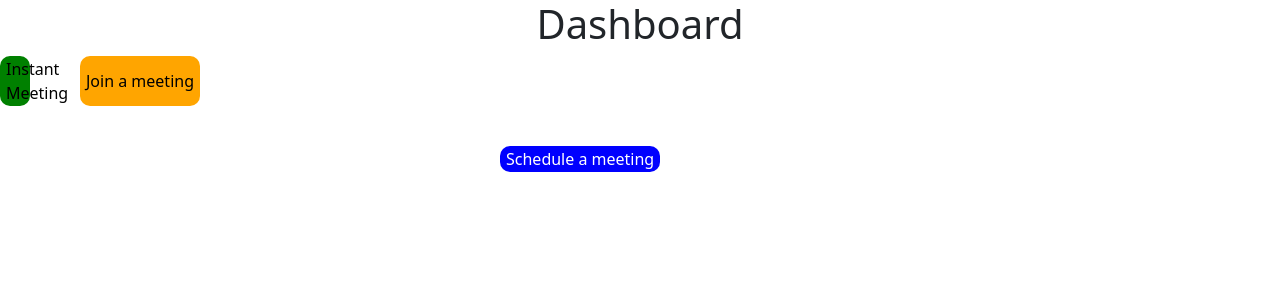
Repository: sreech465/myexam
Page: /
The author's editor kept a copy of each file at every save. The page is drawn from the files as they stood at one save, then again after the next save.
The browser window is 1280 px wide. The pictures show the whole page.
The project was rebuilt for these pictures with package versions that can differ from the ones it lists, and the page was loaded fresh each time. Also part of the build but not shown: src/Jmeet.js, src/Smeet.js, src/Joinmeet.js.

Above is the page before, as saved 2023-01-14 17:29:26.

### src/App.js
import logo from "./logo.svg";
import "./App.css";
import Details from "./Details";
import { BrowserRouter } from "react-router-dom";
import { Routes, Route } from "react-router-dom";
import Jmeet from "./Jmeet";
import Smeet from "./Smeet";
import "bootstrap/dist/css/bootstrap.min.css";
import Joinmeet from "./Joinmeet";

function App() {
  return (
    <>
      <div className="App">
        <BrowserRouter>
          <Routes>
            <Route path="/" element={<Details />} />
            <Route path="/jmeet" element={<Jmeet />} />
            <Route path="/smeet" element={<Smeet />} />
            <Route path="/join" element={<Joinmeet />} />
          </Routes>
        </BrowserRouter>
      </div>
    </>
  );
}

export default App;

### src/Details.js
import React from "react";

import { useNavigate } from "react-router-dom";

const Details = () => {
  const navigate = useNavigate();

  const handleJoin = () => {
    navigate("/jmeet");
  };

  const handleSchedule = () => {
    navigate("/smeet");
  };

  return (
    <div className="App">
      <h1>Dashboard</h1>
      <div style={{ display: "flex" }}>
        <button
          style={{
            backgroundColor: "green",
            marginRight: 50,
            border: "none",
            borderRadius: 10,
            width: 30,
          }}
        >
          Instant Meeting
        </button>
        <button
          style={{
            backgroundColor: "orange",
            border: "none",
            borderRadius: 10,
          }}
          onClick={handleJoin}
        >
          Join a meeting
        </button>
      </div>
      <button
        style={{
          backgroundColor: "blue",
          color: "white",
          border: "none",
          marginTop: 40,
          position: "fixed",
          left: 500,
          borderRadius: 10,
          justifyContent: "center",
        }}
        onClick={handleSchedule}
      >
        Schedule a meeting
      </button>
    </div>
  );
};

export default Details;

Loaded but not shown: public/index.html (common file); src/index.js (common file); src/index.css (common file); src/reportWebVitals.js (common file); src/App.css (common file)

After the next save:
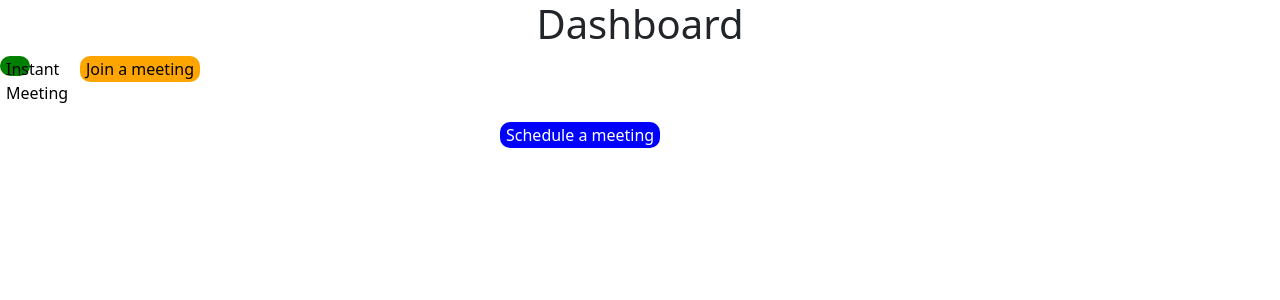
Saved 21 s later.
--- a/src/Details.js
+++ b/src/Details.js
@@ -24,6 +24,7 @@ const Details = () => {
             border: "none",
             borderRadius: 10,
             width: 30,
+            height: 20,
           }}
         >
           Instant Meeting
